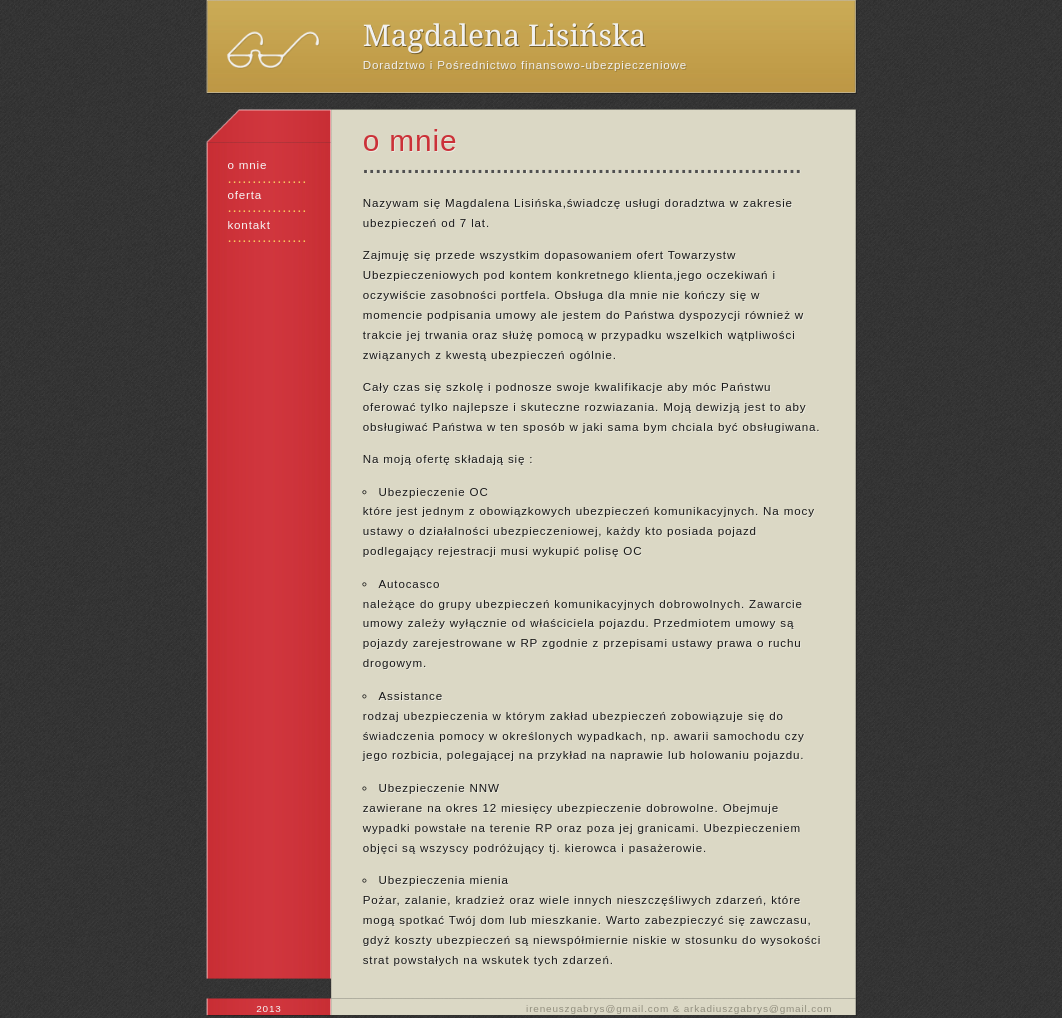
Repository: gabr/php_elicpse_workspace
Page: Magda Lisinska/index.html
These files come from the project's save history. The page is drawn as it stood at one moment and after the next save; the edit follows.
The browser window is 1280 px wide. The pictures show the whole page, at 83% of full size.

Above is the page before, as saved 2013-03-08 13:41:18.

After the next save:
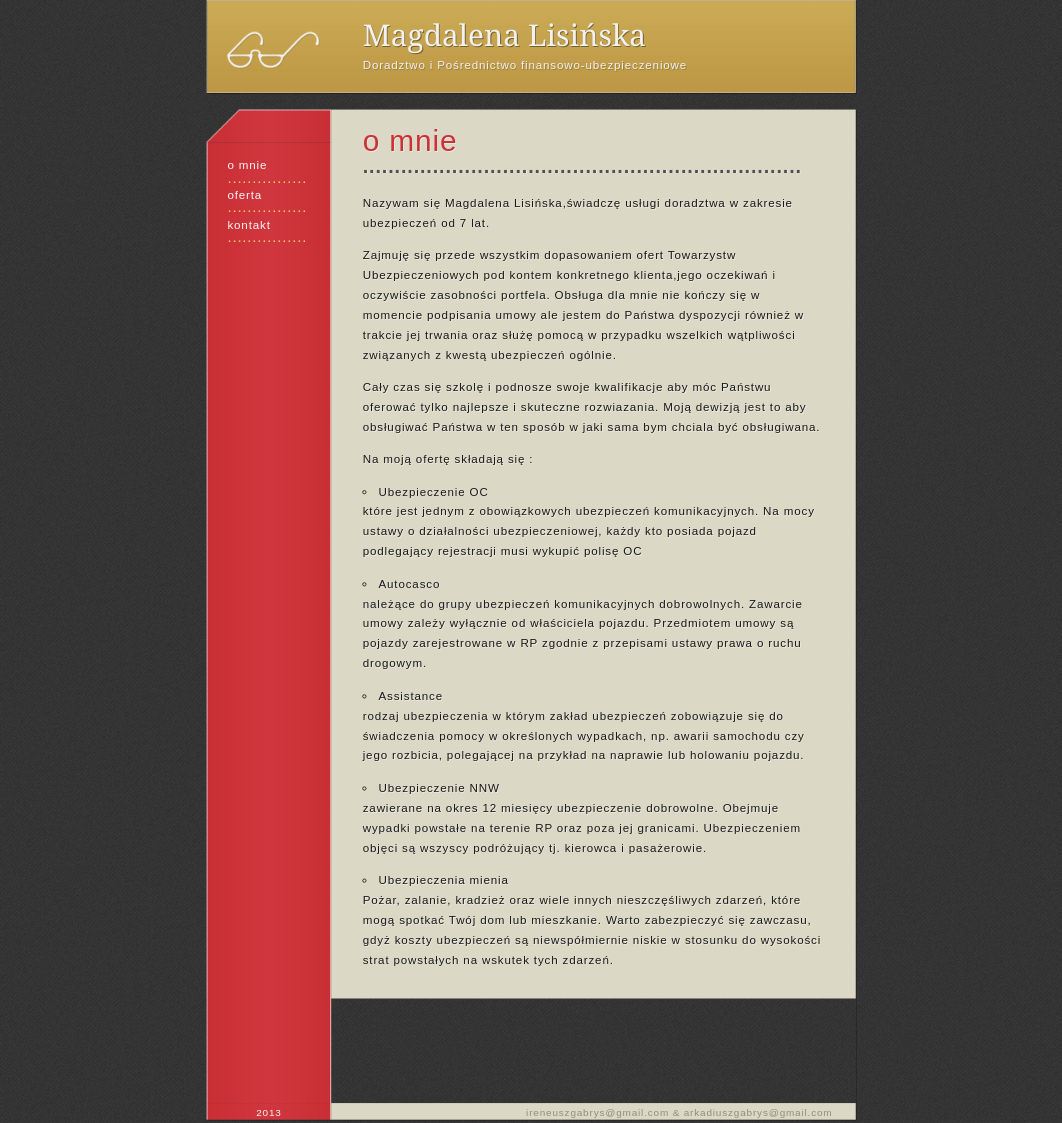
Saved 15 s later.
--- a/Magda Lisinska/index.html
+++ b/Magda Lisinska/index.html
@@ -36,7 +36,7 @@
     <!-- menu -->
     <div id="menu">
       <div id="menu-head"></div>
-      <div id="menu-body" style="height: 1007px">
+      <div id="menu-body" style="height: 1157px">
         <div id="menu-margin"></div>
         <ul>
           <li><a href="#">o mnie</a></li>
